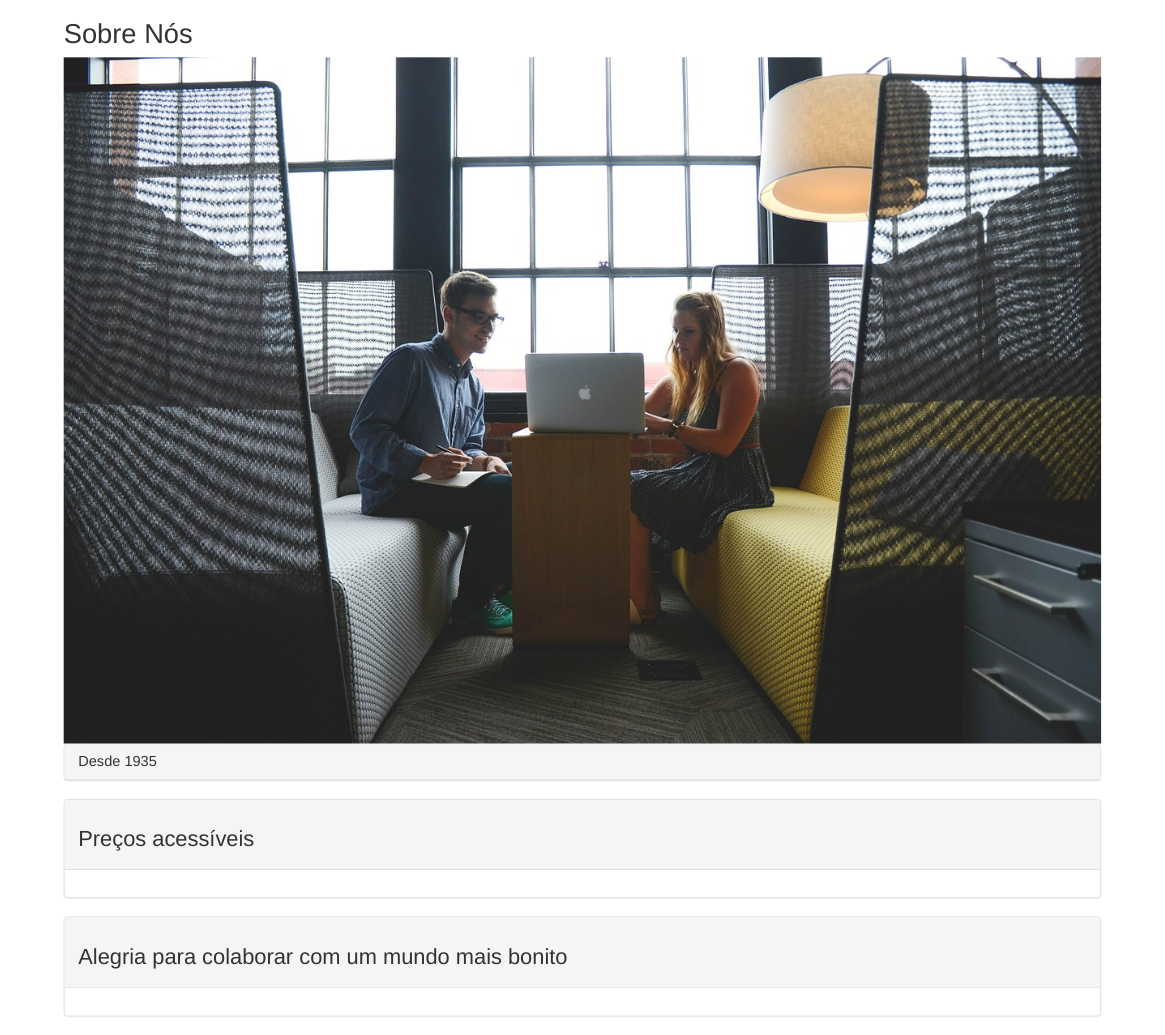
Repository: daviemer/bootstrap-alura
Page: index2.html
An editor plug-in stored every save of this project. The page is shown before and after the next save, followed by the edit.
The browser window is 1280 px wide. The pictures show the whole page, at 91% of full size.

Above is the page before, as saved 2022-07-08 10:47:14.

After the next save:
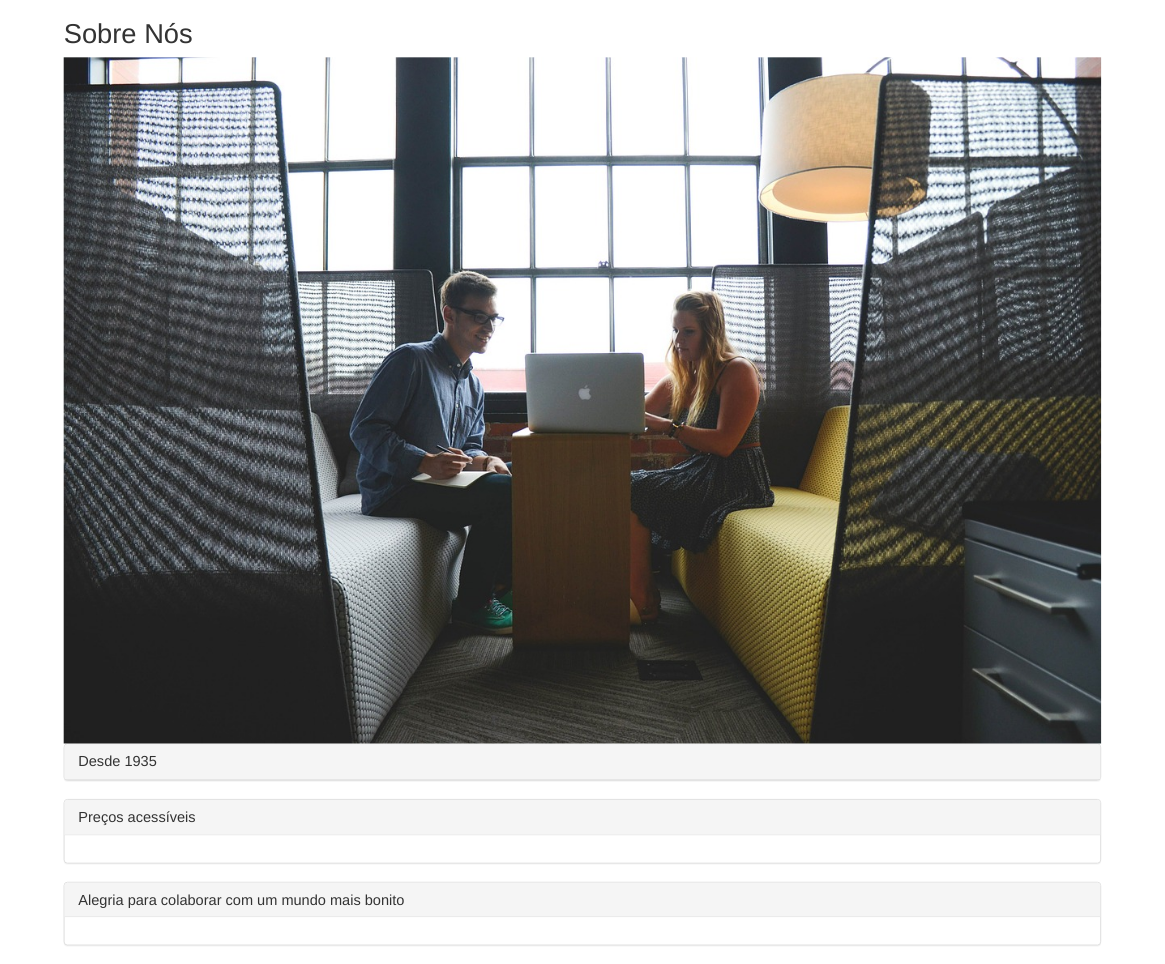
Saved 49 s later.
--- a/index2.html
+++ b/index2.html
@@ -21,7 +21,7 @@
     </div>
     <div class="panel panel-default">
       <div class="panel-heading">
-        <h3 data-toggle="collapse" data-target="#segundo-paragrafo">Preços acessíveis</h3>
+        <h3 class="panel-title" data-toggle="collapse" data-target="#segundo-paragrafo">Preços acessíveis</h3>
       </div>
         <div class="panel-body">
           <p id="segundo-paragrafo" class="collapse">A TopCasaFina arquitetura está no mercado desde</p>
@@ -29,7 +29,7 @@
     </div>
     <div class="panel panel-default">
       <div class="panel-heading">
-        <h3 data-toggle="collapse" data-target="#terceiro-paragrafo">Alegria para colaborar com um mundo mais bonito</h3>
+        <h3 class="panel-title" data-toggle="collapse" data-target="#terceiro-paragrafo">Alegria para colaborar com um mundo mais bonito</h3>
       </div>
         <div class="panel-body">
           <p id="terceiro-paragrafo" class="collapse">A TopCasaFina arquitetura está no mercado desde</p>
